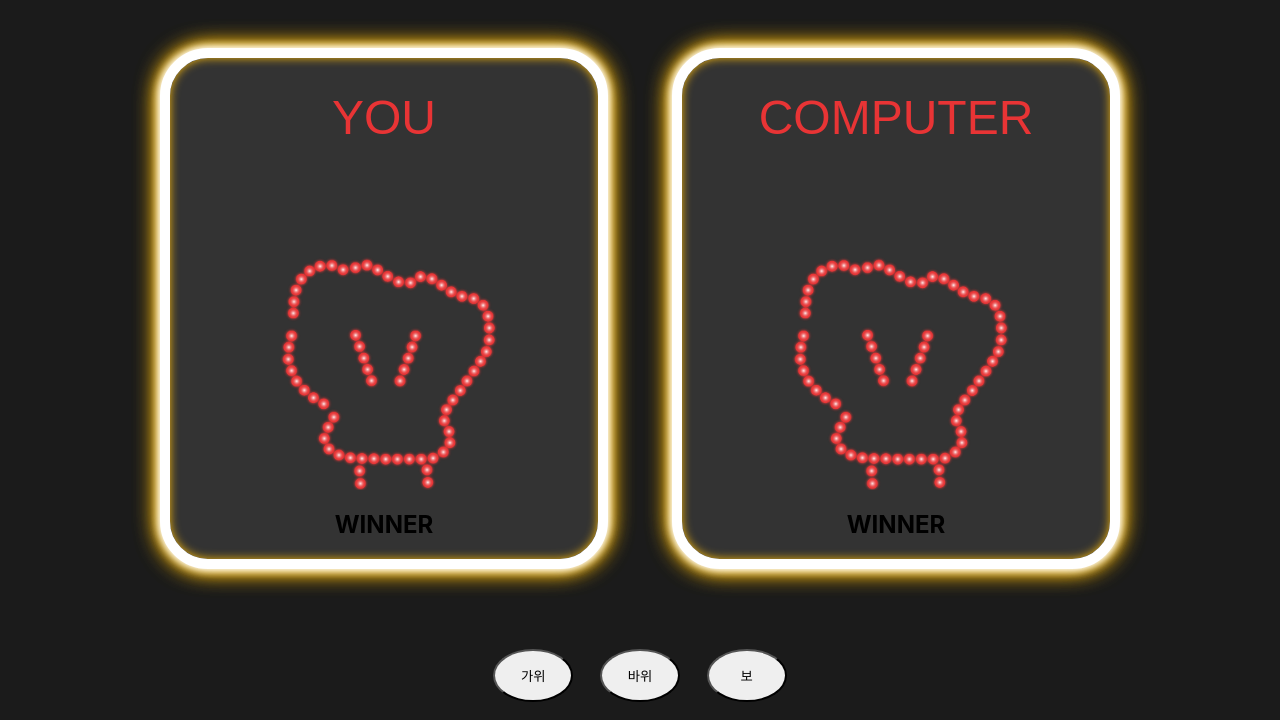
Repository: KIMMIHYE12/classComponent
Page: /
These files come from the project's save history. The page is drawn as it stood at one moment and after the next save; the edit follows.
The browser window is 1280 px wide. The pictures show the whole page.
Some web fonts or font styles are not loaded; a fallback is used. The project was rebuilt for these pictures with package versions that can differ from the ones it lists, and the page was loaded fresh each time.

Above is the page before, as saved 2024-03-18 22:14:56.

After the next save:
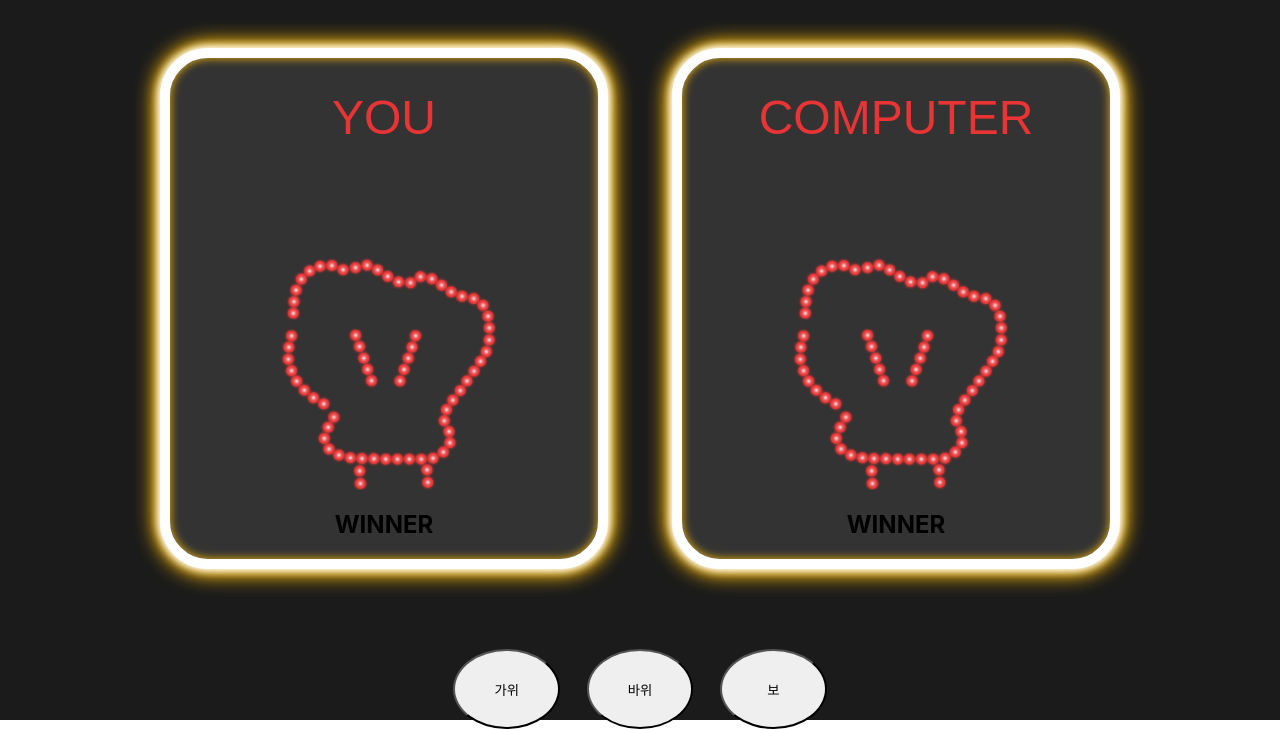
Saved 15 s later.
--- a/src/App.css
+++ b/src/App.css
@@ -49,8 +49,8 @@ img {
 
 .btn_wrap button {
   position: relative;
-  width: 6em;
-  height: 4em;
+  width: 8em;
+  height: 6em;
   margin: 0 1em;
   border-radius: 50%;
   top: 0;
